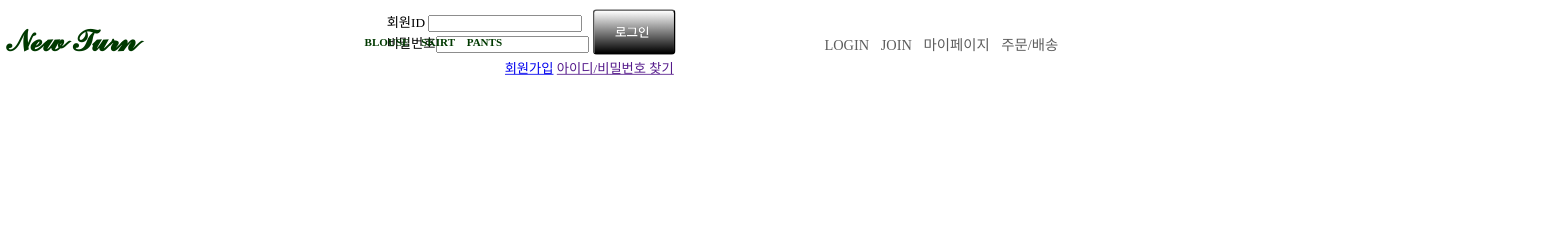
Repository: won0108/Port-Folio
Page: Creating_Homepage/Shopping/WebContent/Login.html
An editor plug-in stored every save of this project. The page is shown before and after the next save, followed by the edit.
The browser window is 1280 px wide. The page is 1872 px wide, so the pictures cover 1872 px, including what lies to the right of the window. The pictures show the whole page, at 83% of full size.

Above is the page before, as saved 2020-12-03 06:46:46.

### Creating_Homepage/Shopping/WebContent/Login.html
<!DOCTYPE html>
<html>
<head>  <!--웹페이지에 대한 정보를 제공한다.-->
 <title> 로그인 </title>   <!--탭에 New Turn을 나타낸다.-->
<style>
	@font-face{
 		font-family:"My Font";
 		src: url("fontstyle/ENCOSCPT.TTF");
 	}
 	h1{
   	color:#003900;
   	position:fixed;
   	top: 0px;
   	left:10px;
   	font-family:"My Font", serif;
   	font-size: 30pt;
   }
   #infor{
   position:fixed;
   top:40px; right:0px;
   }
   #infor a{
   text-decoration:none;
   color:#5D5D5D;
   font-size:13pt;
   display: inline;
   padding :5px;
   }
   #infor a:hover{
   tex-decoration:underline;
   color: black;
   text-weight:bold;
   }
   #categ{
   position:fixed;
   top:25px; right:670px;
   }
   #categ ul li{
   display: inline;
   }
   #categ ul li a{
   text-decoration:none;
   color:#003900;
   font-size:10pt;
   font-weight:bold;
   text-transform:uppercase;
   padding :5px;
   }
   #categ ul li a:hover{
   tex-decoration:underline; color: black;
   }

 h2{text-align:center;}
 #join{position:relative; left:600px;}






</style>
<style type="text/css">
#button1{
 background: #000000;
 padding:15px 30px 15px 25px;
 font-size:15px;
 font-weight:bold;
 color:#ffffff;
 text-align:center;
 background: -moz-linear-gradient(0%, 100%, 90deg, #75BC00, #ffffff);
 background: -webkit-gradient(linear, 0% 0%, 0% 100%, from(#ffffff), to(#000000));

border-radius:5px;
 -moz-border-radius:5px;
 -webkit-border-radius:5px;
 border-bottom-color:#000000;
 text-shadow:0 -1px 0 #000000;
 }
</style>

</head>
<body>
 <h1>New Turn</h1>
	<div id="infor">
	  <a href="Login.html">LOGIN</a> <!--다른 페이지로 이동한다.-->
	  <a href="회원가입 창.html">JOIN</a>
	  <a href="마이페이지.html">마이페이지</a>
	  <a href="">주문/배송</a>
	</div>
	<div id="categ">
		<ul>
			<li><a href="top.html">BLOUSE</a></li>
			<li><a href="skirt.html">SKIRT</a></li>
			<li><a href="pants.html">PANTS</a></li>
		</ul>
	</div>
  	<table align="center" valign="center">
	  	<tr>
	  		<td>회원ID <input type="text" name="id">
	  		<br>비밀번호<input type="password" name="pass"></td>
	  		<td><button type="button" id = "button1">로그인</button></td>
		</tr>
	</table>
 <div id="join">
   <a href="C:\Users\samsung\Desktop\쇼핑몰\회원가입 창.html">회원가입</a>
   <a href="">아이디/비밀번호 찾기</a>
 </div>

 </form>
</body>
</html>

After the next save:
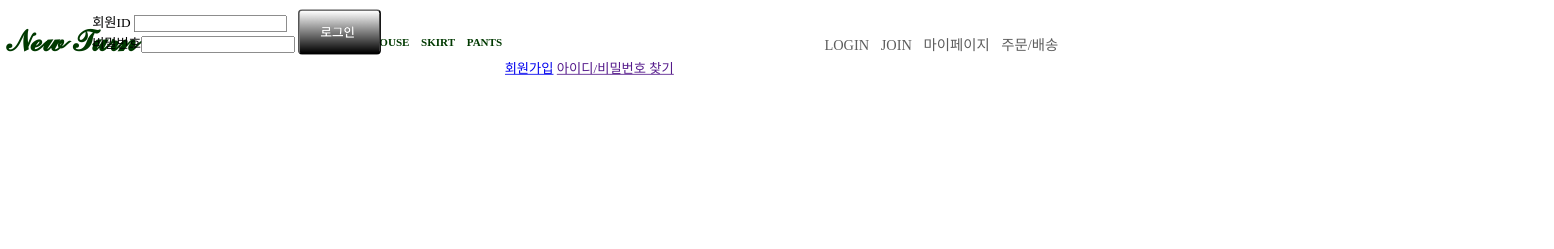
Saved 3 min 35 s later.
--- a/Creating_Homepage/Shopping/WebContent/Login.html
+++ b/Creating_Homepage/Shopping/WebContent/Login.html
@@ -53,11 +53,6 @@
  h2{text-align:center;}
  #join{position:relative; left:600px;}
 
-
-
-
-
-
 </style>
 <style type="text/css">
 #button1{
@@ -94,7 +89,7 @@ border-radius:5px;
 			<li><a href="pants.html">PANTS</a></li>
 		</ul>
 	</div>
-  	<table align="center" valign="center">
+  	<table style="position: relative; left: 100px;">
 	  	<tr>
 	  		<td>회원ID <input type="text" name="id">
 	  		<br>비밀번호<input type="password" name="pass"></td>
